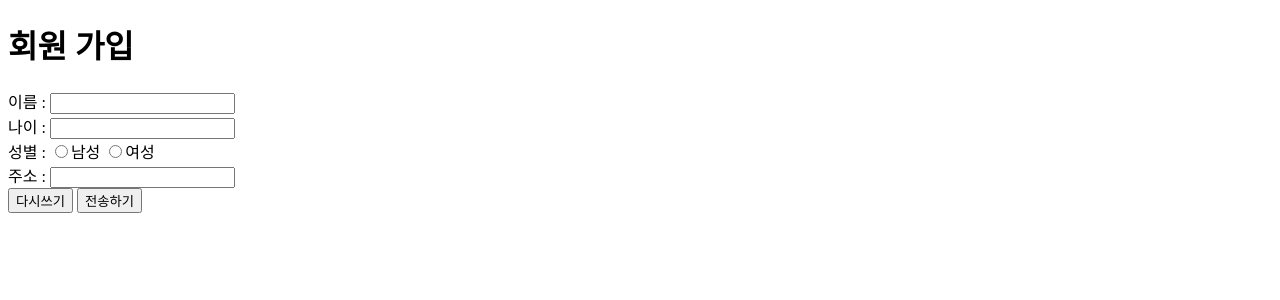
Repository: lopanghub/git_study
Page: http://localhost/JSPStudyCh04Exam/postRequestServletForm.jsp
These files come from the project's save history. The page is drawn as it stood at one moment and after the next save; the edit follows.
The browser window is 1280 px wide. The pictures show the whole page.
The page is served by Tomcat 9.

Above is the page before, as saved 2024-04-05 04:30:12.

After the next save:
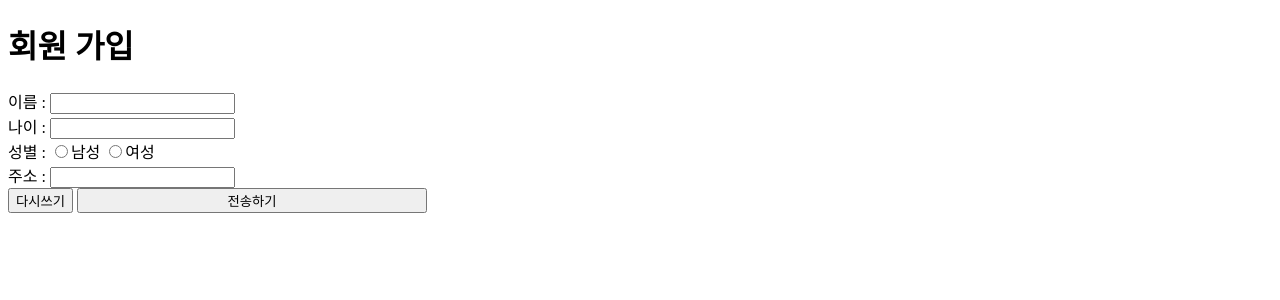
Saved 73 s later.
--- a/JSPStudy/JSPStudyCh04Exam/src/main/webapp/postRequestServletForm.jsp
+++ b/JSPStudy/JSPStudyCh04Exam/src/main/webapp/postRequestServletForm.jsp
@@ -15,7 +15,7 @@
 		<input type="radio" name="gender" value="female"/>여성 <br>
 		주소 : <input type="text" name="addr" /><br>
 		<input type="reset" value="다시쓰기"/>
-		<input type="submit" value="전송하기"/>
+		<input type="submit" value="전송하기" style="width:350px;"/>
 	</form>
 
 
